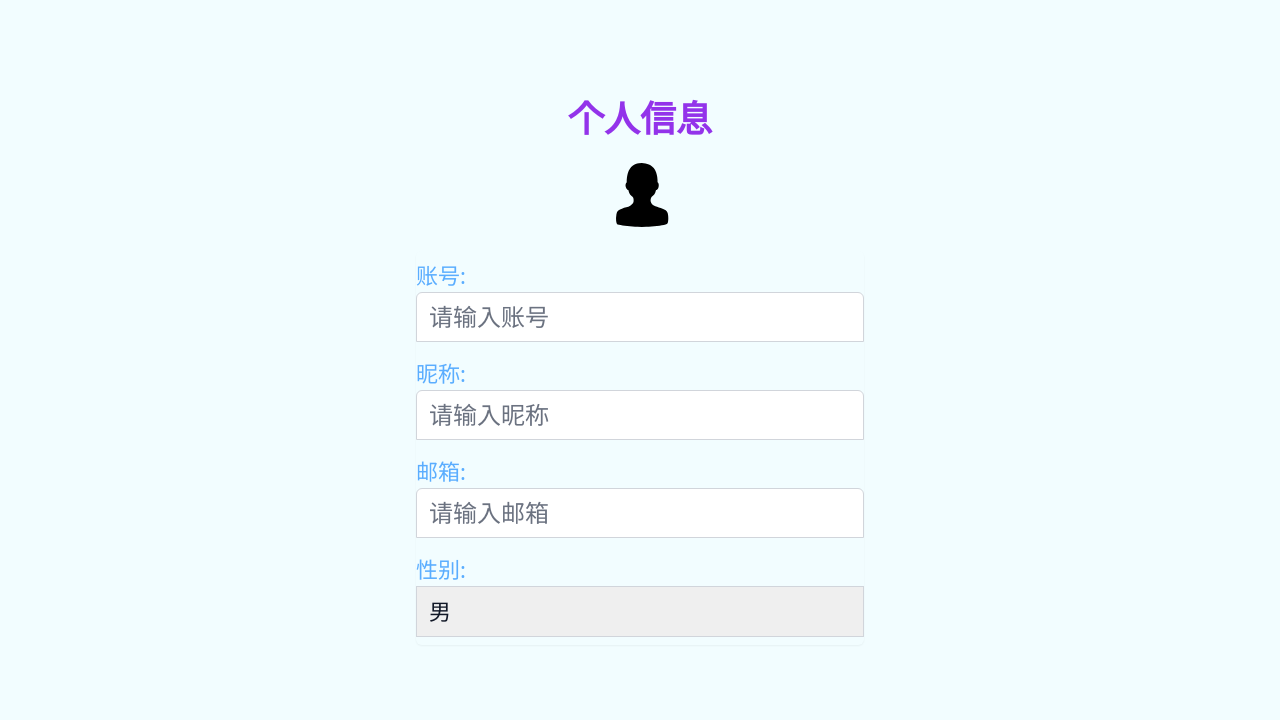
Repository: LiuRuohui/test_the_tailwindcss
Page: /
These files come from the project's save history. The page is drawn as it stood at one moment and after the next save; the edit follows.
The browser window is 1280 px wide. The pictures show the whole page.
The project was rebuilt for these pictures with package versions that can differ from the ones it lists, and the page was loaded fresh each time. Also part of the build but not shown: vite.config.js, src/components/WelcomingPage.vue, src/components/HelloWorld.vue, src/components/MainPage.vue.

Above is the page before, as saved 2022-03-13 12:42:01.

### src/App.vue
<script setup>
import WelcomingPage from "./components/WelcomingPage.vue"
import RegisterPage from "./components/RegisterPage.vue"
import LoginPage from "./components/LoginPage.vue";
import ForgetPasswd from "./components/ForgetPasswd.vue";
import HelloWorld from "./components/HelloWorld.vue";
import UpdateInformation from "./components/UpdateInformation.vue";
import ShowInformation from "./components/ShowInformation.vue";
import MainPage from "./components/MainPage.vue";
</script>

<template>
<!--<WelcomingPage class="page"></WelcomingPage>
<RegisterPage class="page"></RegisterPage>
<LoginPage class="page"></LoginPage>
<ForgetPasswd class="page"></ForgetPasswd>
<UpdateInformation class="page"></UpdateInformation>  -->
<ShowInformation class="page"></ShowInformation>
<!--<MainPage class="page"></MainPage> -->

</template>

<style>
.page{
    height: 100vh;
    background-color:hsla(190, 100%, 95%, 0.5)
}
</style>

### src/index.css
@tailwind base;
@tailwind components;
.inputFrame {
    @apply appearance-none rounded-none relative block w-full px-3 py-2 border border-gray-300 placeholder-gray-500 text-gray-900
}

.inputFrame:focus {
    @apply outline-none border-indigo-500 z-10 inline-block px-5 py-3 rounded-lg shadow-lg
}

.btn {
    @apply relative flex w-full justify-center py-2 border border-transparent font-medium rounded-md text-white bg-indigo-500
}

.btn:hover {
    @apply bg-indigo-700
}

.btn:focus {
    @apply outline-none ring-2 ring-offset-2 ring-indigo-400
}

@tailwind utilities;
@layer components {
    .card {
        background-color: theme('colors.blue.500');
        border-radius: theme('borderRadius.lg');
        padding: theme('spacing.6');
        box-shadow: theme('boxShadow.xl');
    }
    /* ... */
}

### src/components/RegisterPage.vue
<template>
<div class="flex items-center justify-center py-8 sm:px-6 lg:px-8">
    <div class="sm:max-w-xl sm:object-center sm:object-cover w-full mt-4">
        <div>
            <h2 class="mt-6 text-center sm:text-4xl font-extrabold text-purple-600">注册</h2>
        </div>
        <div class="object-center mt-4">
            <img class="h-16 w-1/2 mx-auto" src="../assets/用户.svg" alt="这里有一张图片">
        </div>
    <div>
      <div class="rounded-md shadow-sm sm:text-xl">
        <div class="py-2 font">
          <label for="account">账号:</label>
          <input id="account" name="account" type="account" autocomplete="name" required class="inputFrame rounded-t-md  sm:text-xl" placeholder="请输入账号">
        </div>
        <div class="py-2 font">
          <label for="passwd">密码:</label>
          <input id="passwd" name="passwd" type="password" autocomplete="current-password" required class="inputFrame rounded-b-md  sm:text-xl" placeholder="请输入密码">
        </div>
        <div class="py-2 font">
          <label for="passwd">再次输入密码:</label>
          <input id="repeated-passwd" name="repeated-passwd" type="password" autocomplete="current-password" required class="inputFrame rounded-b-md sm:text-xl" placeholder="请再次输入密码">
        </div>
      </div>

      <div class="flex items-center justify-between mt-4">
        <div class="text-sm sm:text-xl">
          <a href="#" class="font-medium text-indigo-800 hover:text-indigo-500 opacity-80" @click="seeFunctions"> 查看我们的功能 </a>
        </div>
        <div class="flex items-center">
          <input id="remember-me" name="remember-me" type="checkbox" class="h-4 w-4 text-indigo-600 focus:ring-indigo-500 border-gray-300 rounded">
          <label for="remember-me" class="ml-2 block sm:text-xl text-gray-600 opacity-80"> 同意隐私协议 </label>
        </div>
      </div>
      <div class="sm:text-xl sm:mt-8">
        <input value="重置" type="reset" @click="reset" class="btn group sm:text-2xl text-center">
        <br>
        <input @click="submit" type="submit" class="btn group sm:text-2xl"><br>
      </div>
    </div>
    </div>
</div>
</template>

<script setup>
function submit(){
  let name = document.getElementById("passwd").value
  let repeated_name = document.getElementById("repeated-passwd").value
  if(name !== repeated_name){
    alert('两次密码不一致！')
  }else {
    alert('提交数据注册 注册成功返回警示框 注册失败返回原因')
  }
}

function seeFunctions(){
  alert("See functions")
}

function reset() {
  var confirmation = confirm('确定要重置数据吗？')
  if(confirmation == true){
    alert('你表单没了')
  }
}

</script>

<style>
.font{
  color:hsla(210, 100%, 60%, 0.8)
}
</style>

### src/components/LoginPage.vue
<template>
<div class="min-h-full flex items-center justify-center py-12 px-4 sm:px-6 lg:px-8">
  <div class="max-w-md w-full">
    <div>
      <h2 class="mt-6 text-center sm:text-4xl font-extrabold text-purple-600">登录</h2>
    </div>
    <div class="object-center sm:mt-8">
            <img class="h-16 w-1/2 mx-auto" src="../assets/用户.svg" alt="这里有一张图片">
        </div>
    <div class="space-y-6">
      <input type="hidden" name="remember" value="true">
      <div class="rounded-md shadow-sm">
        <div class="py-2 font">
          <label for="account">账号:</label>
          <input id="account" name="account" type="account" autocomplete="name" required class="inputFrame rounded-t-md  sm:text-xl" placeholder="请输入账号">
        </div>
        <div class="py-2 font">
          <label for="passwd">密码:</label>
          <input id="passwd" name="passwd" type="password" autocomplete="current-password" required class="inputFrame rounded-b-md  sm:text-xl" placeholder="请输入密码">
        </div>
      </div>

      <div class="flex items-center justify-between">
        <div class="flex items-center">
          <input id="remember-me" name="remember-me" type="checkbox" class="h-4 w-4 text-indigo-600 focus:ring-indigo-500 border-gray-300 rounded">
          <label for="remember-me" class="ml-2 block text-sm sm:text-2xl text-gray-600 opacity-90"> 记住我</label>
        </div>

        <div class="text-sm">
          <a href="#" class="font-medium sm:text-2xl text-indigo-400 hover:text-indigo-500"> 忘记密码? </a>
        </div>
      </div>

      <div>
        <button @click="submit" class="btn group sm:text-2xl">
          登录
        </button>
      </div>
    </div>
  </div>
</div>
</template>

<script setup>
function submit(){
  alert('登录')
}

</script>

<style>
.font{
  color:hsla(210, 100%, 60%, 0.8);
  font-size: 22px;
}
</style>

### src/components/ForgetPasswd.vue
<template>
<div class="flex items-center justify-center py-12 px-4 sm:px-6 lg:px-8c">
    <div class="sm:max-w-xl sm:object-center sm:object-cover w-full space-y-8">
        <div>
            <h2 class="mt-6 text-center sm:text-3xl font-extrabold text-purple-600">忘记密码</h2>
        </div>
        <div>
            <img class="h-16 w-1/2 mx-auto" src="../assets/用户.svg" alt="这里有一张图片">
        </div>
      <div class="rounded-md shadow-sm sm:text-xl">
        <div class="py-4 font">
          <label for="email-address sm:text-2xl">邮箱</label>
          <input id="email-address" name="email" type="email" autocomplete="email" required class="inputFrame rounded-t-md  sm:text-2xl" placeholder="请输入邮箱">
        </div>
      </div>
      <div class="sm:text-2xl sm:mt-8">
          <button @click="sendEmail" class="btn group sm:text-2xl">确认</button>
      </div>
    </div>
</div>
</template>

<script setup>
function sendEmail(){
    var name = document.getElementById("email-address").value;
    if(!isEmail(name)){
        alert('邮箱格式不正确！请重新输入！')
    }else{
        var confirmation = confirm('确认忘记密码？点击确认之后系统会将密码发到您的邮箱！')
        if(confirmation == true){
        alert('请查收邮箱！')
        }
    }
}
function isEmail(str){
    var reg = /^([a-zA-Z0-9_-])+@([a-zA-Z0-9_-])+(.[a-zA-Z0-9_-])+/
    return reg.test(str)
}
</script>

<style>
.font{
  color:hsla(210, 100%, 60%, 0.8)
}
</style>

### src/components/UpdateInformation.vue
<template>
<div class="min-h-full flex items-center justify-center py-8 px-4 sm:px-6 lg:px-8">
  <div class="max-w-md w-full">
    <div>
      <h2 class="mt-6 text-center sm:text-4xl font-extrabold text-purple-600">更改信息</h2>
    </div>
    <div class="mt-4">
        <img class="h-16 w-1/2 mx-auto" src="../assets/用户.svg" alt="这里有一张图片">
    </div>
    <div class="space-y-6">
      <input type="hidden" name="remember" value="true">
      <div class="rounded-md shadow-sm -space-y-px">
        <div class="pb-2 font">
          <label for="account">账号:</label>
          <input id="account" name="account" type="account" autocomplete="account" required class="inputFrame rounded-t-md  sm:text-2xl" placeholder="请输入账号">
        </div>
        <div class="py-2 font">
          <label for="nickname">昵称:</label>
          <input id="nickname" name="nickname" type="nickname" autocomplete="nickname" required class="inputFrame rounded-t-md  sm:text-2xl" placeholder="请输入昵称">
        </div>
        <div class="py-2 font">
          <label for="email-address">邮箱:</label>
          <input id="email-address" name="email" type="email" autocomplete="email" required class="inputFrame rounded-t-md  sm:text-2xl" placeholder="请输入邮箱">
        </div>
        <div class="py-2 font">
            <label for="sex">性别:</label>
            <select name="性别" class="inputFrame">
                <option value="male">男</option>
                <option value="female">女</option>
            </select>
        </div>
        <div class="py-2 font">
          <label for="passwd">密码:</label>
          <input id="passwd" name="passwd" type="password" autocomplete="current-password" required class="inputFrame rounded-b-md  sm:text-2xl" placeholder="请输入密码">
        </div>
        <div class="py-2 font">
          <label for="passwd">请再次输入密码:</label>
          <input id="passwd" name="passwd" type="password" autocomplete="current-password" required class="inputFrame rounded-b-md  sm:text-2xl" placeholder="请再次输入密码">
        </div>
      </div>

      <div>
        <button @click="submit" class="btn group sm:text-2xl">
          更改
        </button>
      </div>
    </div>
  </div>
</div>
</template>

<script setup>
function submit() {
  alert(123)
}
</script>

<style>
.font{
  color:hsla(210, 100%, 60%, 0.8);
  font-size: 22px;
}
</style>

### src/components/ShowInformation.vue
<template>
<div class="min-h-full flex items-center justify-center py-8 px-4 sm:px-6 lg:px-8">
  <div class="max-w-md w-full">
    <div>
      <h2 class="mt-6 text-center sm:text-4xl font-extrabold text-purple-600">个人信息</h2>
    </div>
    <div class="mt-6">
        <img class="h-16 w-1/2 mx-auto" src="../assets/用户.svg" alt="这里有一张图片">
    </div>
    <div class="space-y-6">
      <input type="hidden" name="remember" value="true">
      <div class="rounded-md shadow-sm -space-y-px">
        <div class="py-2 font">
          <label for="account">账号:</label>
          <input id="account" name="account" type="account" autocomplete="account" required class="inputFrame rounded-t-md  sm:text-2xl" placeholder="请输入账号">
        </div>
        <div class="py-2 font">
          <label for="nickname">昵称:</label>
          <input id="nickname" name="nickname" type="nickname" autocomplete="nickname" required class="inputFrame rounded-t-md  sm:text-2xl" placeholder="请输入昵称">
        </div>
        <div class="py-2 font">
          <label for="email-address">邮箱:</label>
          <input id="email-address" name="email" type="email" autocomplete="email" required class="inputFrame rounded-t-md  sm:text-2xl" placeholder="请输入邮箱">
        </div>
        <div class="py-2 font">
            <label for="sex">性别:</label>
            <select name="性别" class="inputFrame">
                <option value="male">男</option>
                <option value="female">女</option>
            </select>
        </div>
      </div>
    </div>
  </div>
</div>
</template>

<script setup>

</script>

<style>
.font{
  color:hsla(210, 100%, 60%, 0.8);
  font-size: 22px;
}
</style>

### tailwind.config.js
module.exports = {
    content: [
        "./index.html",
        "./src/**/*.{vue,js,ts,jsx,tsx}",
    ],
    theme: {
        extend: {},
    },
    variants: {
        backgroundColor: ['responsive', 'hover', 'focus', 'active']
    },
    plugins: [],
}

Loaded but not shown: index.html (common file); src/main.js (common file)

After the next save:
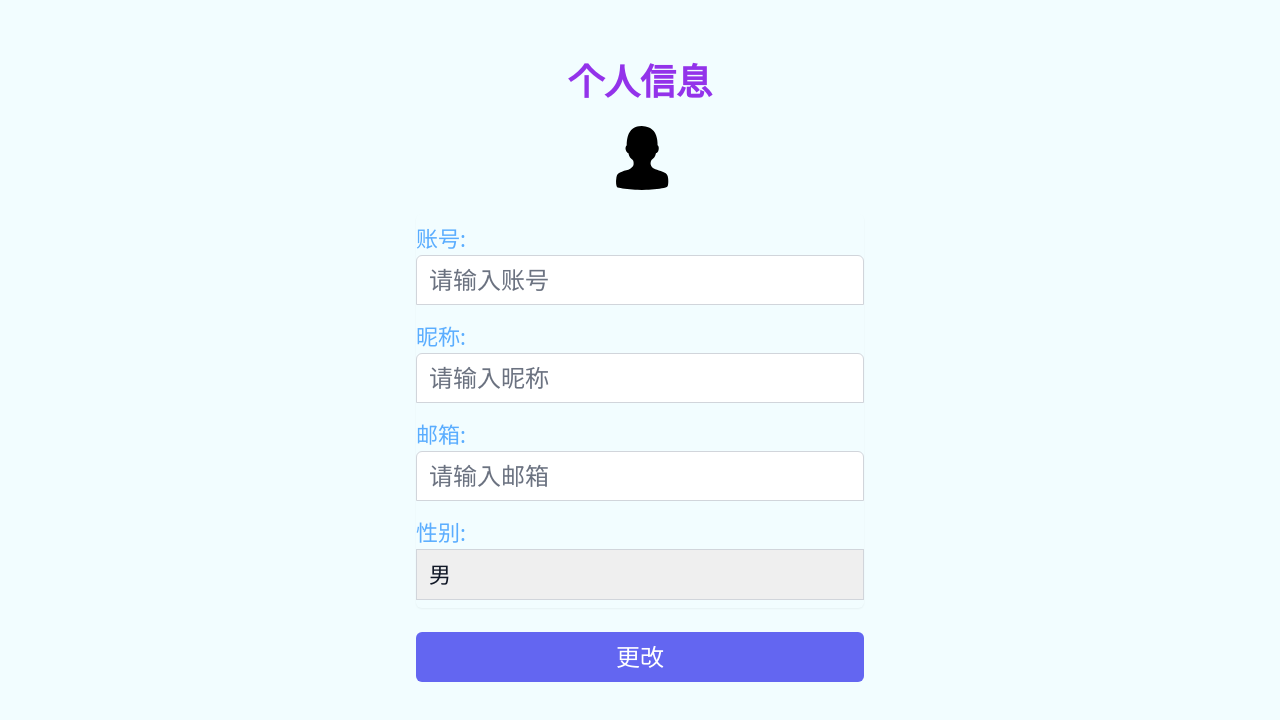
Saved 99 s later.
--- a/src/components/ShowInformation.vue
+++ b/src/components/ShowInformation.vue
@@ -30,6 +30,11 @@
             </select>
         </div>
       </div>
+      <div>
+        <button @click="submit" class="btn group sm:text-2xl">
+          更改
+        </button>
+      </div>
     </div>
   </div>
 </div>
